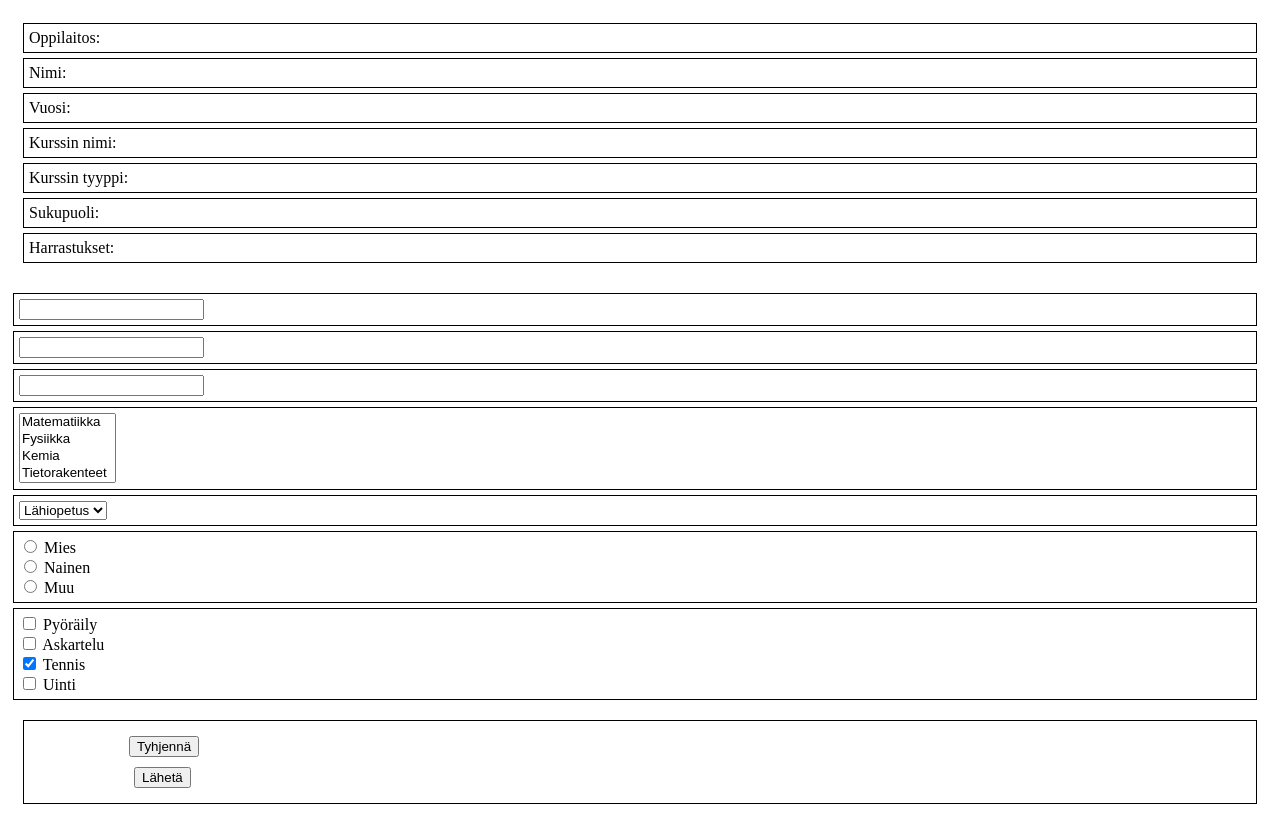
Repository: Niina-Maria/tehtavat-12-17-Niina-Maria2
Page: teht15.html
These files come from the project's save history. The page is drawn as it stood at one moment and after the next save; the edit follows.
The browser window is 1280 px wide. The pictures show the whole page.

Above is the page before, as saved 2024-11-19 23:27:44.

### teht15.html
<!DOCTYPE html>
<html>
    <head>
        <link rel="stylesheet" href="teht15.css">
    </head>
        <style>


        </style>
            <body>
                    <div class="grid-container">
                        <div class="grid-item">
                            <div><label for="school">Oppilaitos: </label></div>
                            <div><label for="name">Nimi: </label></div>
                            <div><label for="year">Vuosi: </label></div>
                            <div><label id="course" for="course">Kurssin nimi:  </label></div>
                            <div><label for="type">Kurssin tyyppi:</label></div>
                            <div><label for="sukupuoli">Sukupuoli:</label></div>
                            <div><label for="hobbies">Harrastukset:</label></div>
                        </div>
                        <div class="grid-item-three">
                            <div><input type="text" id="school" name="school"></div>
                            <div><input type="text" id="name" name="name"></div>
                            <div ><input type="password" id="year" name="year"></div>
                            <div>
                                <select class="course" name="course" size="4">
                                <option value="matematiikka">Matematiikka</option>
                                <option value="fysiikka">Fysiikka</option>
                                <option value="kemia">Kemia</option>
                                <option value="tietorakenteet">Tietorakenteet</option>
                                <option value="webohjelmointi">Webohjelmointi</option>
                                </select>
                            </div>
                            <div >
                                <select class="type" name="type" size="1">
                                    <option value="lähiopetus">Lähiopetus</option>
                                    <option value="etäopetus">Etäopetus</option>
                                    <option value="hybridi">Hybridi</option>
                                    <option value="monimuoto">Monimuoto</option>
                                    <option value="avoinamk">AvoinAMK</option>
                                </select>
                            </div>
                            <div >
                                <input type="radio" id="male" name="gender" value="male">
                                <label class="sukup"for="male">Mies</label><br>
                                <input type="radio" id="female" name="gender" value="female">
                                <label class="sukup"for="female">Nainen</label><br>
                                <input type="radio" id="other" name="gender" value="other">
                                <label class="sukup"for="other">Muu</label>
                            </div>
                            <div >
                                <input type="checkbox" id="hobbiesbike" name="hobbiesbike">
                                    <label for="hobbiesbike"> Pyöräily</label><br>
                                    <input type="checkbox" id="hobbiesaskartelu" name="hobbiesaskartelu">
                                    <label for="hobbiesaskartelu"> Askartelu</label><br>
                                    <input type="checkbox" id="hobbiestennis" name="hobbiestennis" checked="checked">
                                    <label for="hobbiestennis"> Tennis</label><br>
                                    <input type="checkbox" id="hobbiesuinti" name="hobbiesuinti">
                                    <label for="hobbiesuinti"> Uinti</label><br>
                            </div>
                        </div>
                        <div class="grid-item-two">
                            <div>
                                <input type="reset" id="napit" value="Tyhjennä"><br>
                                <input type="submit"id="napit2" value="Lähetä">
                            </div>
                        </div>

                    </div>
            </body>
</html>

### teht15.css
.grid-container {
  grid-template-areas:
    "grid-item grid-item3"
    "grid-item grid-item3"
    "grid-item grid-item3"
    "grid-item grid-item3"
    "grid-item grid-item3"
    "grid-item grid-item3"
    "grid-item grid-item3"
    "grid-item2 grid-item2";
    grid-template-rows: 40px 40px 40px 100px 60px 80px 80px 50px;
    grid-template-columns: 40% 70%;
    grid-gap: 10px;
    height: 100vh;
    margin: 0;
}

/* .grid-container {
  display: grid;
  gap: 5px;
  border: 1px solid black;
  width: fit-content;
  justify-content: first baseline;
  grid-column: 1/span 2;
} */

.grid-item {
   text-align: left;
   padding: 10px;
   grid-column: 1/span 1;
}

.grid-item > div {
  border: 1px solid black;
  margin: 5px;
  padding: 5px;
  padding-right: 0;
}

.grid-item-three {
   padding: 10px;
   padding-left: 0;
   padding-bottom: 0;
   grid-column: 2 / span 1;
}

.grid-item-three > div {
  border: 1px solid black;
  margin: 5px;
  padding: 5px;

}
.grid-item-two{
  padding: 10px;
  grid-column: 1/span 2;
  align-items: center;
}
.grid-item-two > div {
   padding: 5px;
   margin: 5px;
   border: 1px solid black;
  }

  #napit {
    margin-left: 100px;
    margin-top: 10px;
    margin-bottom: 5px;
  }

  #napit2 {
    margin-left: 105px;
    margin-top: 5px;
    margin-bottom: 10px;
  }

  #course {
    grid-row: 4/span 3;
  }

After the next save:
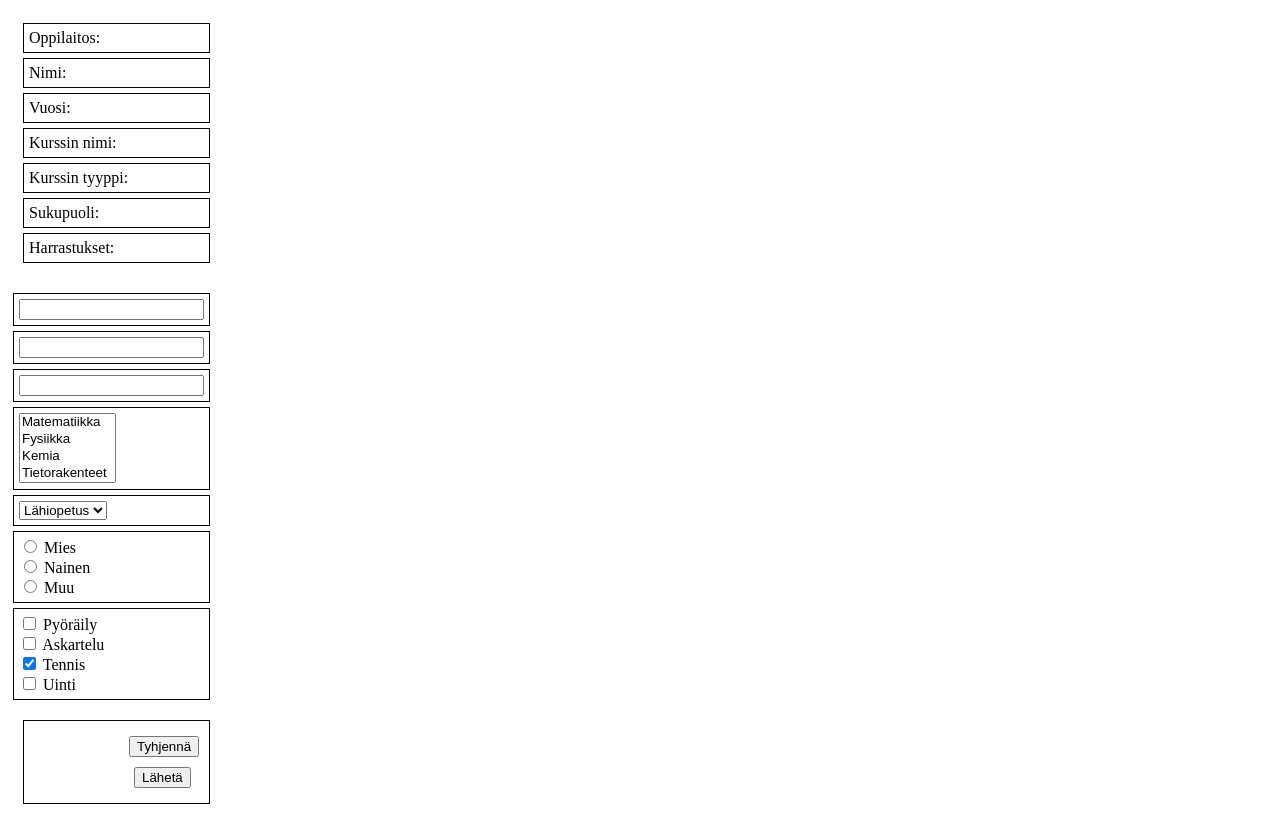
Saved 33 s later.
--- a/teht15.css
+++ b/teht15.css
@@ -11,7 +11,7 @@
     grid-template-rows: 40px 40px 40px 100px 60px 80px 80px 50px;
     grid-template-columns: 40% 70%;
     grid-gap: 10px;
-    height: 100vh;
+    width: fit-content;
     margin: 0;
 }
 
